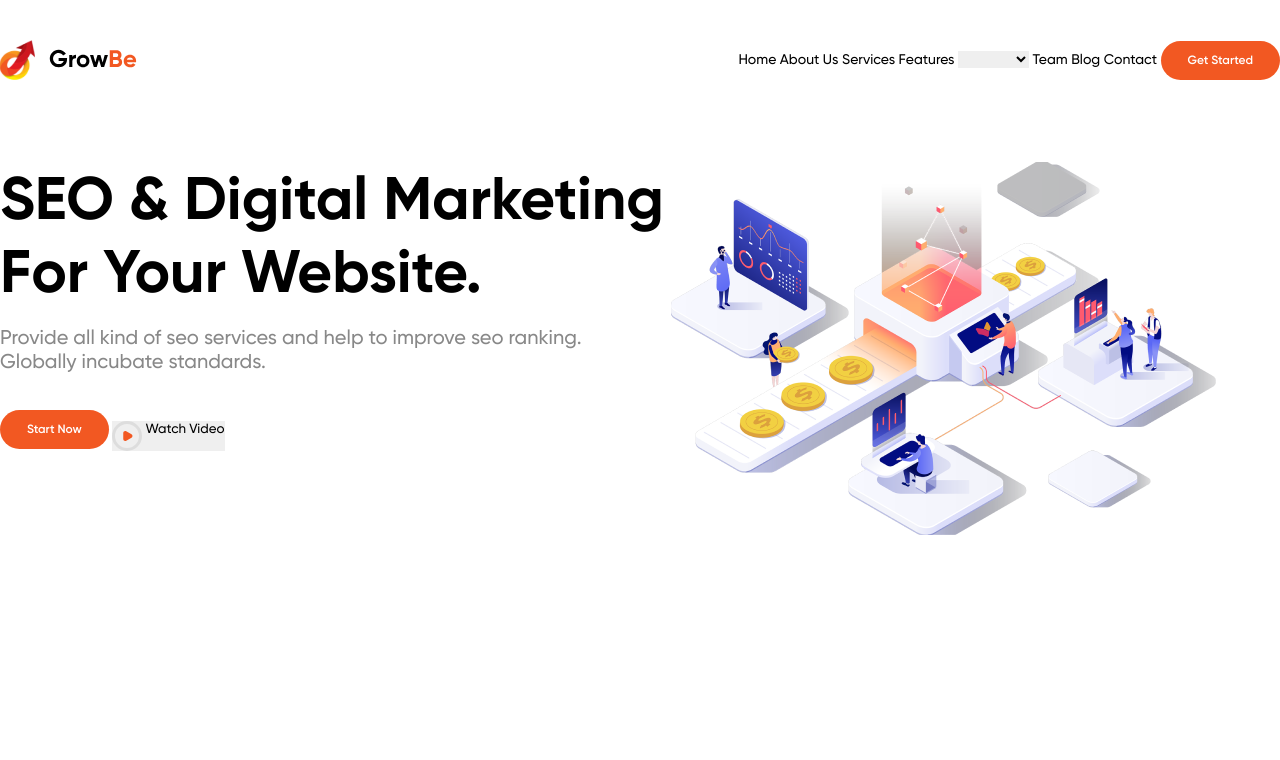
Repository: Alekseiy1980/GrowBe
Page: index.html
An editor plug-in stored every save of this project. The page is shown before and after the next save, followed by the edit.
The browser window is 1280 px wide. The pictures show the whole page.

Above is the page before, as saved 2024-01-20 13:19:24.

After the next save:
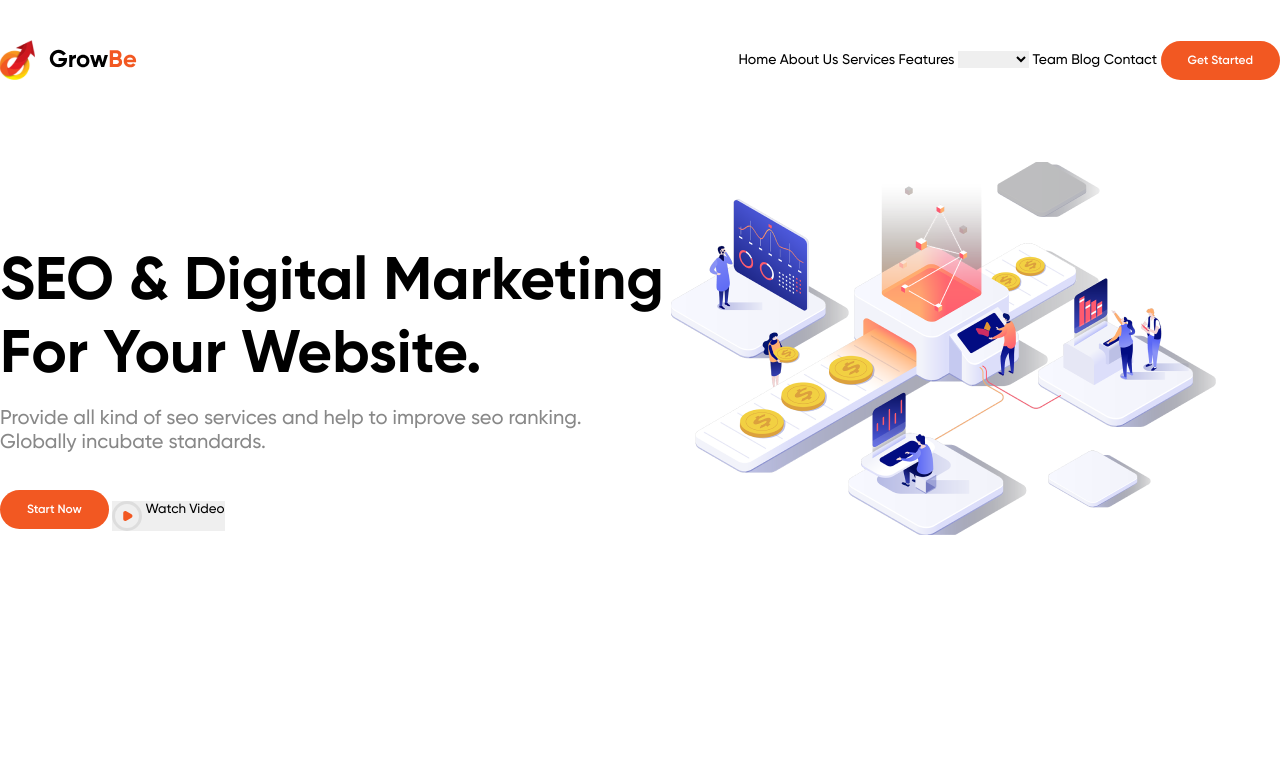
Saved 3 min 44 s later.
--- a/css/style.css
+++ b/css/style.css
@@ -75,7 +75,7 @@ header {
 
 .home_cintent{
     justify-content: center;
-    padding-top: 80px;
+
 }
 
 .home_title{
@@ -83,6 +83,8 @@ header {
     font-family: Gilroy-Bold;
     font-size: 60px;
     margin-bottom: 17px;
+    margin-right: ;
+    padding-top: 80px;
 }
 
 .sub_title{
